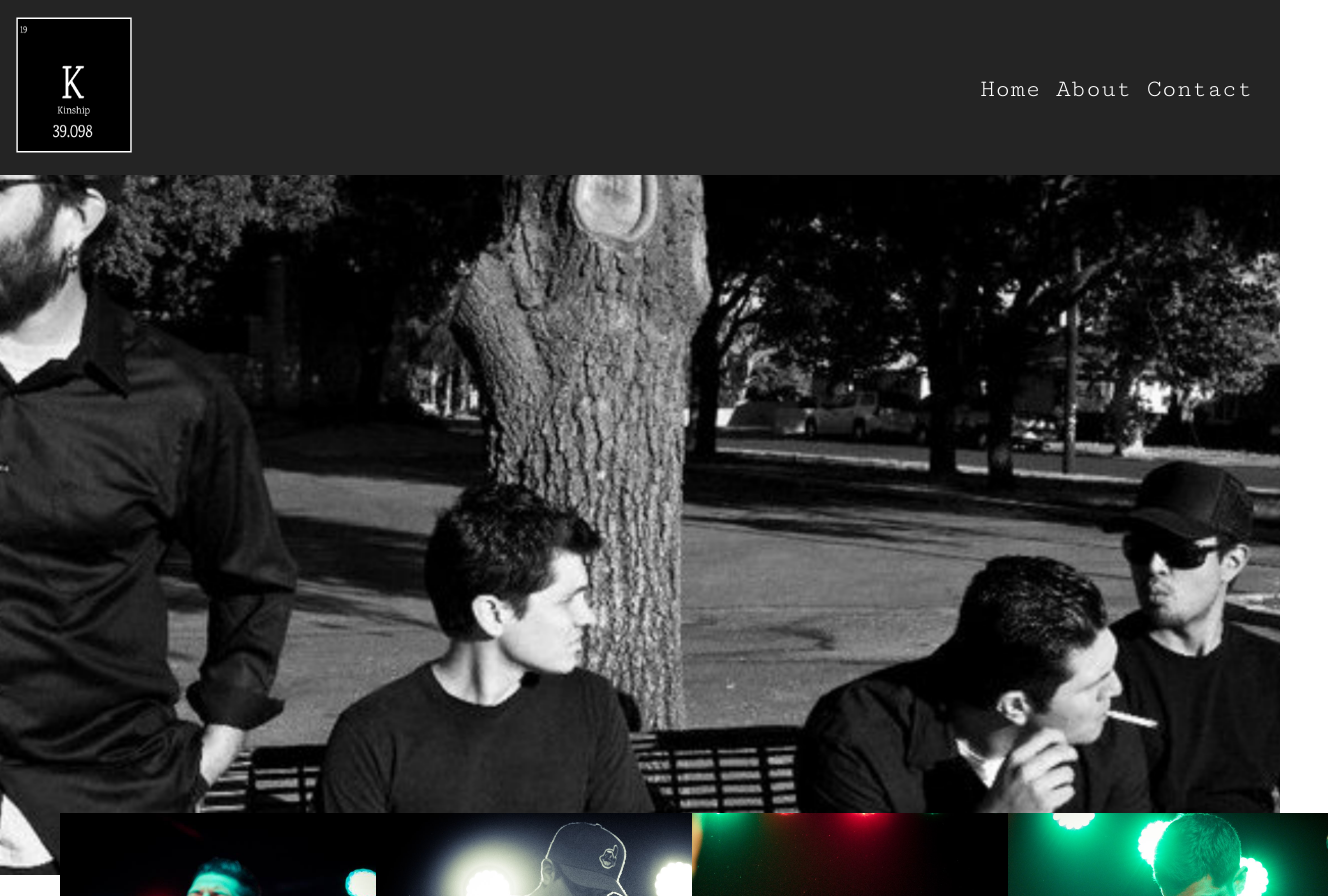
Repository: mikeJswift/band-web-site
Page: index.html
The author's editor kept a record of every edit. The page is drawn from the files as they stood at one moment, then again after the next edit.
The browser window is 1280 px wide. The page is 1328 px wide, so the pictures cover 1328 px, including what lies to the right of the window. The pictures show the part of the page from y = 0 to 896 px (the page is 2233 px tall).
Some web fonts or font styles are not loaded; a fallback is used.

Above is the page before.

### index.html
<!DOCTYPE html>
<html lang="en">
<head>
    <meta charset="UTF-8">
    <meta name="viewport" content="width=device-width, initial-scale=1.0">
    <meta http-equiv="X-UA-Compatible" content="ie=edge">
    <meta name="description" content="Kinship (Fresno)">
    <meta name="keywords" content="Band, Fresno, Indie Rock, Alternative">
    <meta name="author" content="Mike Swift">
    <link href="https://fonts.googleapis.com/css?family=Cutive+Mono|IM+Fell+DW+Pica+SC" rel="stylesheet">
    <!------------------------to access fonts:
    font-family: 'IM Fell DW Pica SC', serif;
    font-family: 'Cutive Mono', monospace;
    in CSS--------------------------------->
    <link rel="stylesheet" type="text/css" href="css/style.css"/>
    <title>Kinship</title>
</head>

<body>

    <header>
        <nav class="nav-bar">
            <img class="logo" src="img/kinshiplogo.png" alt="box with a K inside for Kinship, solid black with white lettering"></img>
            <ul class="nav-list">
                <li class="list-item"><a href="index.html" target="_blank">Home</a></li>
                <li class="list-item"><a href="about.html" target="_blank">About</a></li>
                <li class="list-item"><a href="contact.html" target="_blank">Contact</a></li>
            </ul>
        </nav>
    </header>

    <div class="hero-img"></div>

    <section class="column-parent">
        <div class="column one">
            <img class="col-img" src="img/juancho.png" alt="young man singing into a microphone while playing guitar"/>
            <p>Juan plays guitar and sings</p>
        </div>
        <div class="column two">
            <img class="col-img" src="img/joey.png" alt="young man playing a guitar"/>
            <p>Jose plays guitar</p>
        </div>
        <div class="column three">
            <img class="col-img" src="img/jorgey.png" alt="young man hitting drums with sticks"/>
            <p>Jorge plays the drums</p>
        </div>
        <div class="column four">
            <img class="col-img" src="img/swifty.png" alt="young man playing bass"/>
            <p>Mike plays bass and sings</p>
        </div>
    </section>

    <div class="video-container">
        <div class="vid-row vid-row-one">
            <iframe width="560" height="315" align="left" src="https://www.youtube.com/embed/oqnD-ZTh4dc" frameborder="0" allow="accelerometer; autoplay; encrypted-media; gyroscope; picture-in-picture" allowfullscreen></iframe>
            <p>"Dead Meat" was released in 2012.  It was recorded at Fast Traxx in Fresno.</p>
        </div>
        <div class="vid-row vid-row-two">
            <iframe width="560" height="315" align="left" src="https://www.youtube.com/embed/poI3MAJdP-s" frameborder="0" allow="accelerometer; autoplay; encrypted-media; gyroscope; picture-in-picture" allowfullscreen></iframe>
            <p>"Death Wish" was released in 2012.  It was recorded at Fast Traxx in Fresno.  The song shares a name with the 1974 Charles Bronson movie.</p>
        </div>
        <div class="vid-row vid-row-three">
            <iframe width="560" height="315" align="left" src="https://www.youtube.com/embed/lFu8s_smR9s" frameborder="0" allow="accelerometer; autoplay; encrypted-media; gyroscope; picture-in-picture" allowfullscreen></iframe>
            <p>"Tuxedo" was released in 2008.  This live performance is from December 2012 in the Babylon club located in Fresno's Tower District.</p>
        </div>
    </div>

    <footer>
        <div></div>
        <div></div>
        <div></div>
    </footer>

</body>
</html>

### css/style.css
body {
    margin: 0 auto;
    font-family: 'Cutive Mono', monospace;
}

.nav-bar {
    height: 175px;
    width: 100%;
    color: #ffffff;
    background-color: rgb(13, 13, 13, 0.9);
    position: fixed;
    top: 0;
    z-index: 1;
}

.logo {
    height: 150px;
    width: 10%;
    margin-top: 10px;
    margin-left: 10px;
}

.nav-list {
    float: right;
    height: 150px;
    width: 300px;
    font-size: 25px;
    margin-top: 75px;
    margin-left: 15px;
}

.list-item {
    list-style-type: none;
    display: inline;
}

.list-item a {
    text-decoration: none;
    color: #ffffff;
}

.list-item a:hover {
    color: #33ccff;
}

.hero-img {
    background-image: url(../img/bigbandpicbannermod.png);
    width: 100%;
    height:700px;
    background-position: center;
    background-repeat: no-repeat;
    position: relative;
    top: 175px;
    z-index: -1;
}

.column-parent {
    height: 500px;
    width: 100%;
}

.column {
    height: 400px;
    width: 20%;
    margin-left: 60px;
    margin-top: 113px;
    float: left;
}

.video-container {
    margin-top: 73px;
}

.vid-row {
    height: 316px;
    border: 2px solid #1a1a1a;
    background-color: #333333;
    color: #ffffff;
}

After the next edit:
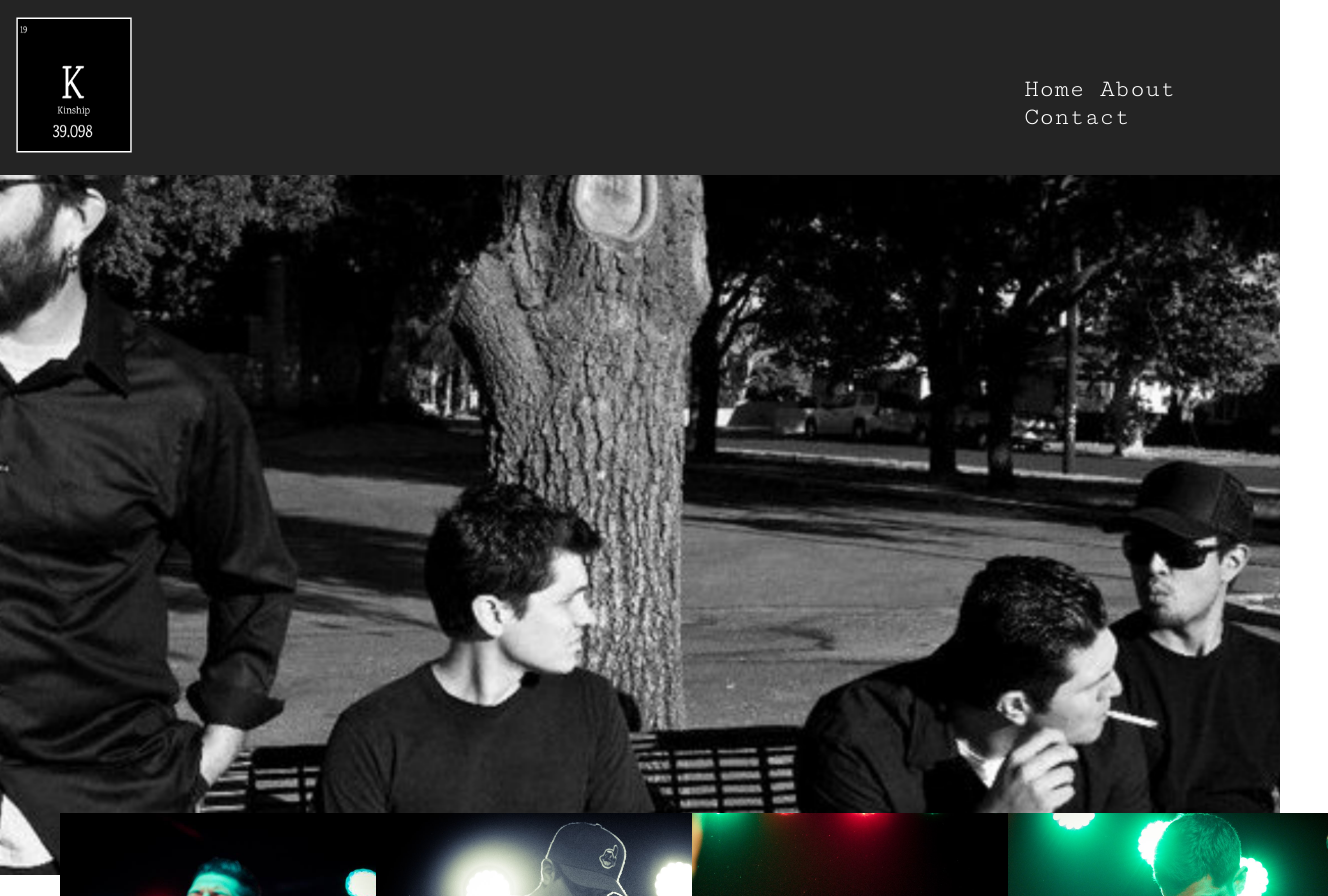
The edit:
--- a/css/style.css
+++ b/css/style.css
@@ -23,7 +23,7 @@
 .nav-list {
     float: right;
     height: 150px;
-    width: 300px;
+    width: 20%;
     font-size: 25px;
     margin-top: 75px;
     margin-left: 15px;
